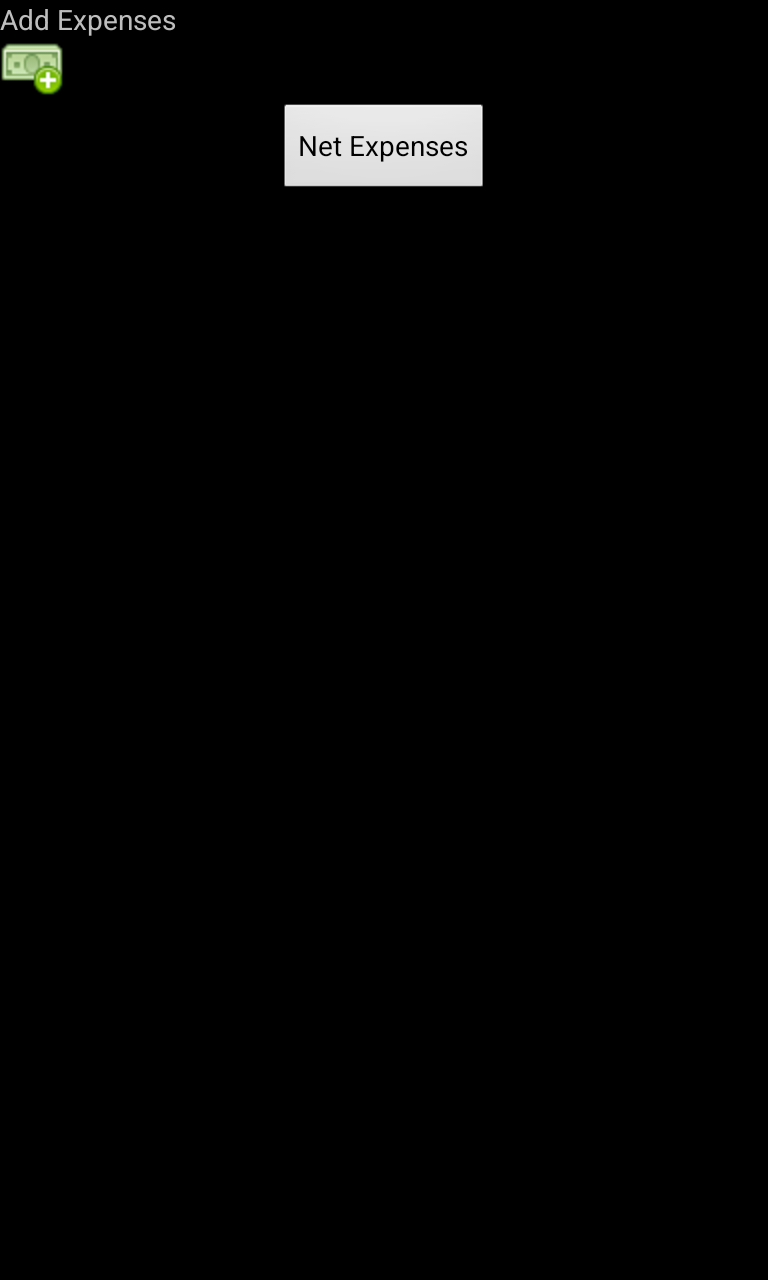
Repository: iyeranan/Expenses
Layout: Expenses/res/layout/netExpenses.xml
The author's editor kept a copy of each file at every save. The layout is drawn from the files as they stood at one save, then again after the next save.
It is drawn on a 768 x 1280 px phone screen (xhdpi) without system bars, with theme android:Theme; the app's code is not run.

Above is the layout before, as saved 2012-01-15 19:13:46.

### Expenses/res/layout/netExpenses.xml
<?xml version="1.0" encoding="utf-8"?>
<ScrollView xmlns:android="http://schemas.android.com/apk/res/android" android:layout_height="fill_parent" android:layout_width="fill_parent" android:id="@+id/widget54">
<LinearLayout xmlns:android="http://schemas.android.com/apk/res/android"
    android:orientation="vertical"
    android:layout_height="fill_parent" android:layout_width="fill_parent">
<TextView
    android:layout_width="fill_parent"
    android:layout_height="wrap_content"
    android:text="@string/addExpenses"
    />
<Button android:layout_width="wrap_content" android:layout_height="wrap_content" android:background="@drawable/add_expenses" android:id="@+id/btnAddExpense"></Button>
<TableLayout android:layout_width="fill_parent" android:layout_height="wrap_content" android:id="@+id/tblExpenses">
</TableLayout>
<Button android:layout_height="wrap_content" android:layout_width="wrap_content" android:layout_gravity="center_vertical|center_horizontal" android:id="@+id/btnGenerate" android:text="Net Expenses"></Button>
</LinearLayout>
</ScrollView>

### Expenses/res/values/strings.xml
<?xml version="1.0" encoding="utf-8"?>
<resources>
    <string name="addPeople">Add People</string>
    <string name="app_name">Expenses</string>
    <string name="addExpenses">Add Expenses</string>
    <string name="ExpensesShare">ExpensesShare</string>
</resources>

After the next save:
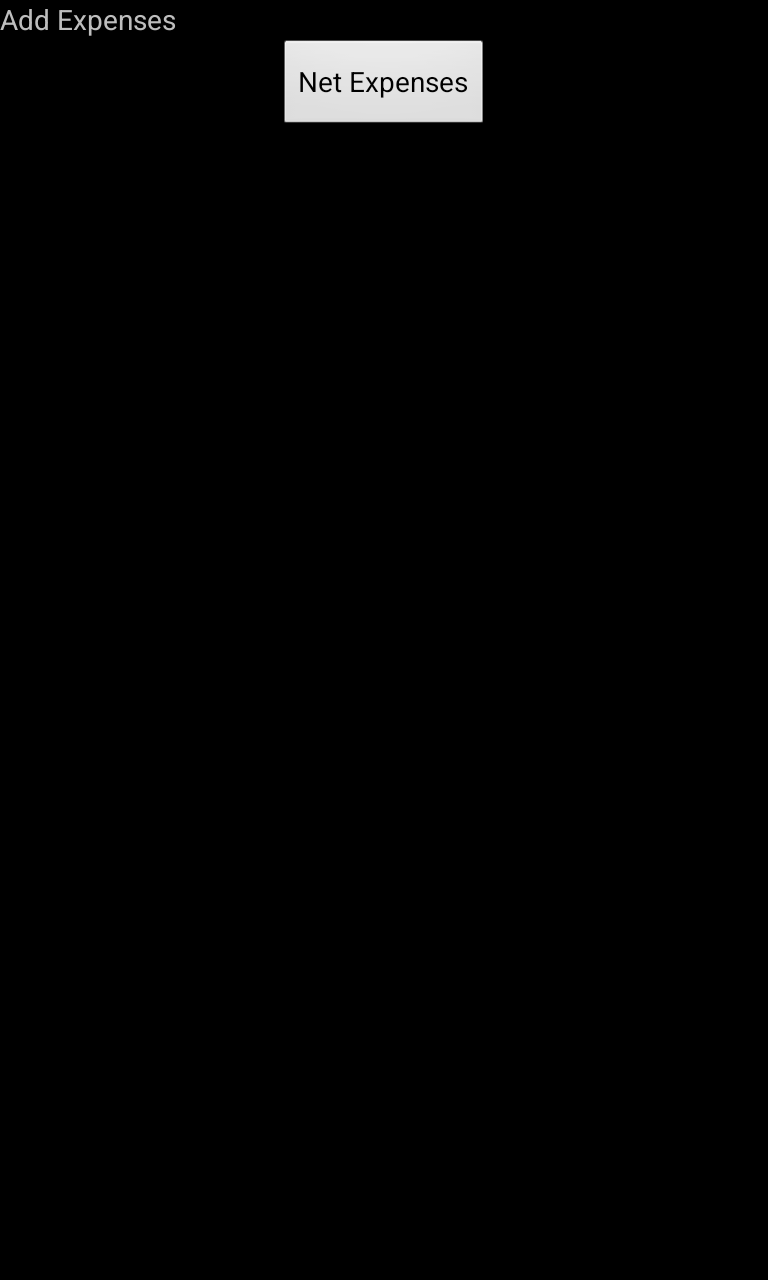
Saved 34 s later.
--- a/Expenses/res/layout/netExpenses.xml
+++ b/Expenses/res/layout/netExpenses.xml
@@ -8,7 +8,6 @@
     android:layout_height="wrap_content"
     android:text="@string/addExpenses"
     />
-<Button android:layout_width="wrap_content" android:layout_height="wrap_content" android:background="@drawable/add_expenses" android:id="@+id/btnAddExpense"></Button>
 <TableLayout android:layout_width="fill_parent" android:layout_height="wrap_content" android:id="@+id/tblExpenses">
 </TableLayout>
 <Button android:layout_height="wrap_content" android:layout_width="wrap_content" android:layout_gravity="center_vertical|center_horizontal" android:id="@+id/btnGenerate" android:text="Net Expenses"></Button>
